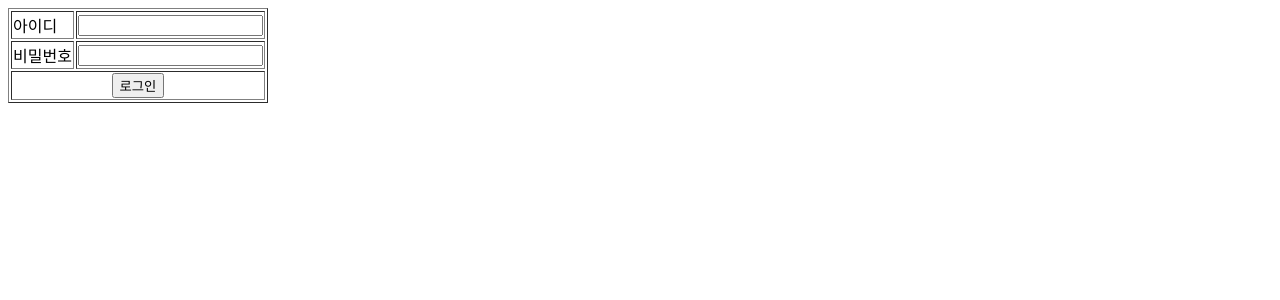
Repository: salee1023/JSP_Practice
Page: HTML_CSS_JS_practice01/src/main/webapp/form_tag.htm
An editor plug-in stored every save of this project. The page is shown before and after the next save, followed by the edit.
The browser window is 1280 px wide. The pictures show the whole page.

Above is the page before, as saved 2021-08-16 11:26:08.

After the next save:
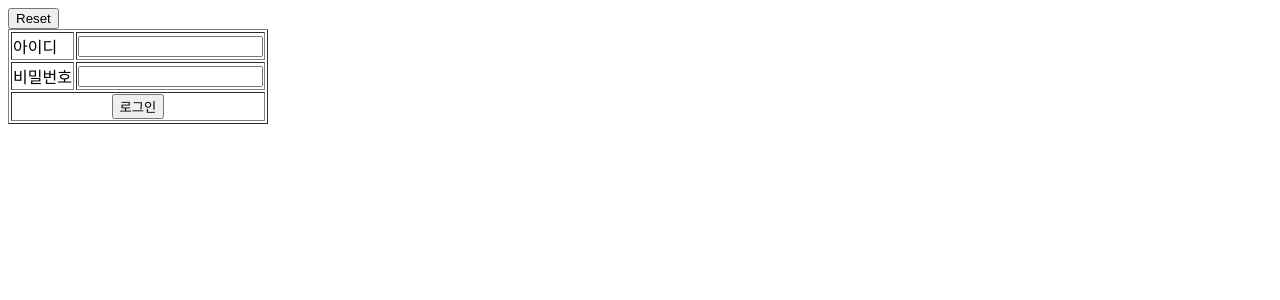
Saved 106 s later.
--- a/HTML_CSS_JS_practice01/src/main/webapp/form_tag.htm
+++ b/HTML_CSS_JS_practice01/src/main/webapp/form_tag.htm
@@ -24,6 +24,16 @@
 		  구성태그들
 		  ---------------
 		  <input>
+		    type :
+		      text : 한 줄 입력받을 때 사용하는 형식
+		      password : 비밀번호 형태로 입력받을 때 사용하는 형식
+		      radio : 상호배타적 선택
+		      checkbox : 다중 선택
+		      button : 자바스크립트와 연계해서 사용
+		      submit : 폼의 내용을 action에서 지정한 주소로 보낼 때 사용하는 형식
+		      reset :
+
+
 	-->
 	<form action="http://www.naver.com/index.html">
 		<table border = 1>
@@ -44,6 +54,7 @@
 					<div align="center"><input type="submit" value="로그인"></div>
 				</td>
 			</tr>
+			<div><input type="reset"></div>
 		</table>
 	</form>
 </body>
